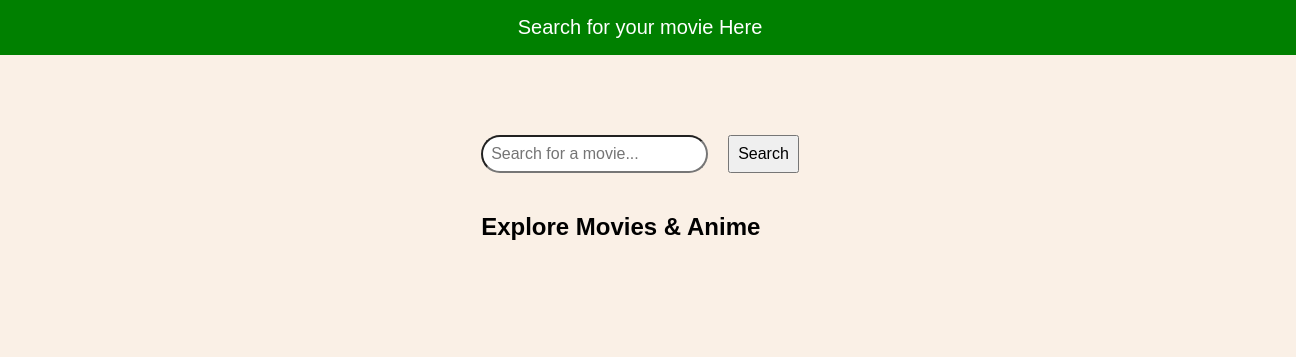
Repository: Femi007-gh/movie-API
Page: index.html
These files come from the project's save history. The page is drawn as it stood at one moment and after the next save; the edit follows.
The browser window is 1280 px wide. The page is 1296 px wide, so the pictures cover 1296 px, including what lies to the right of the window. The pictures show the whole page.
The page's requests for data from a server got no answer.

Above is the page before, as saved 2025-05-09 20:56:52.

After the next save:
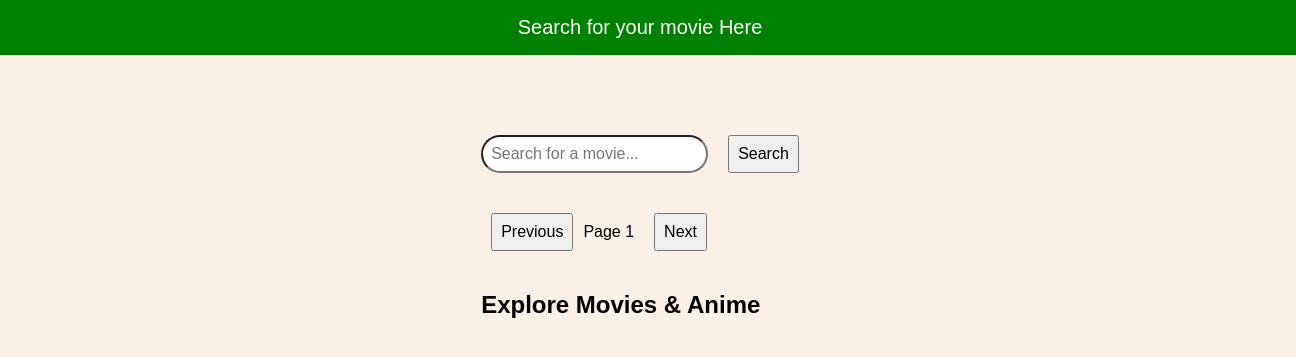
Saved 23 h 32 min later.
--- a/index.html
+++ b/index.html
@@ -5,15 +5,23 @@
   </head>
   <body>
     <header>Search for your movie Here</header>
-   <main>
-  <div class="search-bar">
-    <input type="text" id="searchInput" placeholder="Search for a movie...">
-    <button class="search">Search</button>
-  </div>
+    <main>
+      <div class="search-bar">
+        <input type="text" id="searchInput" placeholder="Search for a movie...">
+        <button class="search">Search</button>
+      </div>
 
-  <div id="SearchResult"></div>
-  <h2 style="margin-top: 40px;">Explore Movies & Anime</h2>
-  <div id="MoviesGrid" class="grid-container"></div>
+      <div id="SearchResult"></div>
+
+      <!-- Add Pagination Controls -->
+      <div id="Pagination" style="margin-top: 20px; display: flex; gap: 10px; align-items: center;">
+        <button id="prevBtn">Previous</button>
+        <span id="pageInfo">Page 1</span>
+        <button id="nextBtn">Next</button>
+      </div>
+
+      <h2 style="margin-top: 40px;">Explore Movies & Anime</h2>
+      <div id="MoviesGrid" class="grid-container" style="display: flex; flex-wrap: wrap; gap: 20px;"></div>
     </main>
 
     <script src="script.js"></script>
